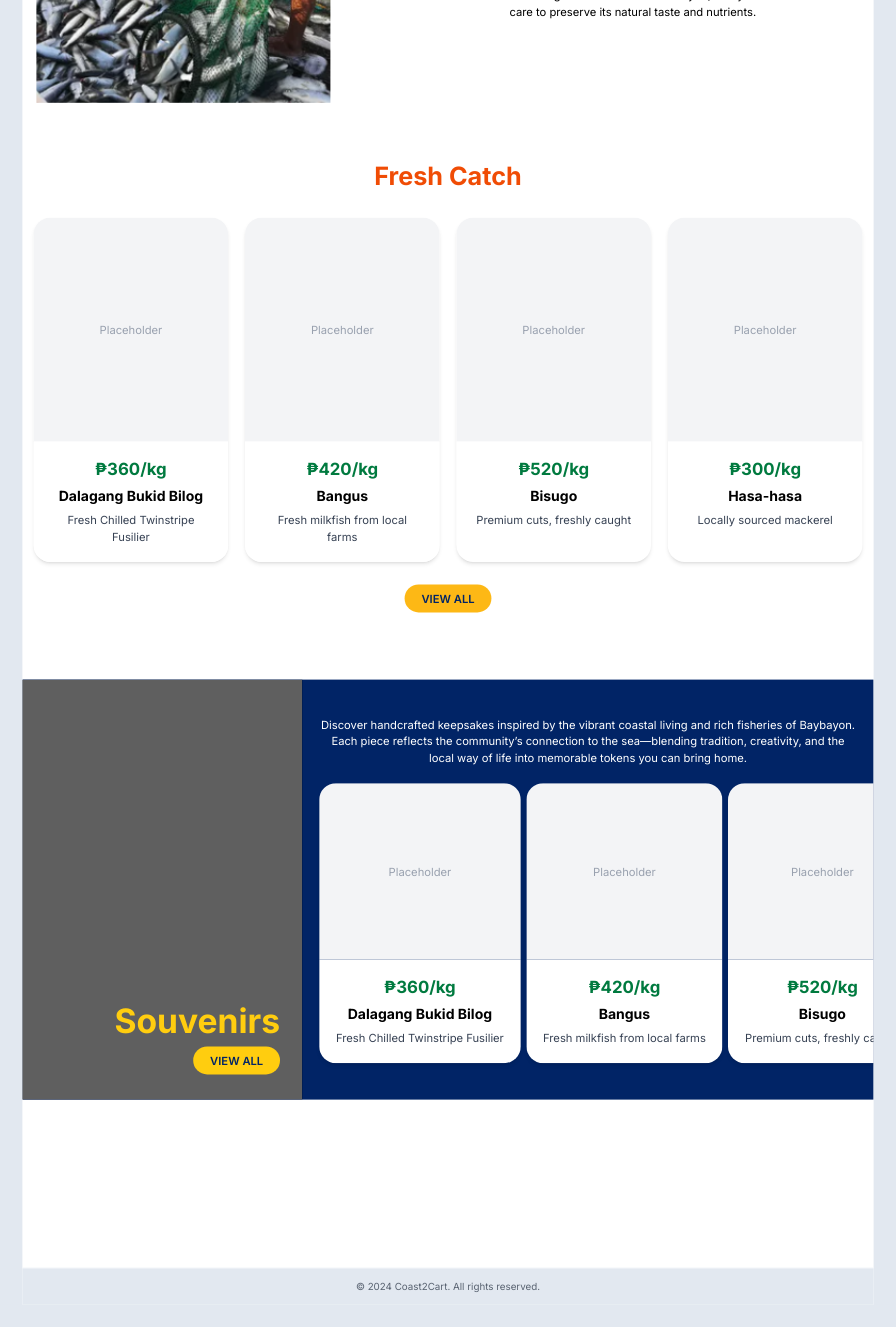
Repository: Coast2Card/coast2cart-frontend
Page: /
An editor plug-in stored every save of this project. The page is shown before and after the next save, followed by the edit.
The browser window is 1280 px wide. The pictures show the part of the page from y = 1897 to 3817 px (the page is 3793 px tall before and 3817 px after), at 70% of full size.
Pictures or frames that could not be fetched are drawn as grey boxes. The project was rebuilt for these pictures with package versions that can differ from the ones it lists, and the page was loaded fresh each time. Also part of the build but not shown: vite.config.js, src/pages/Seafood.jsx, src/pages/Souvenirs.jsx, src/pages/About.jsx, src/pages/Cart.jsx, src/pages/Profile.jsx, src/pages/Colors.jsx.

Above is the page before, as saved 2025-09-08 15:32:17.

After the next save:
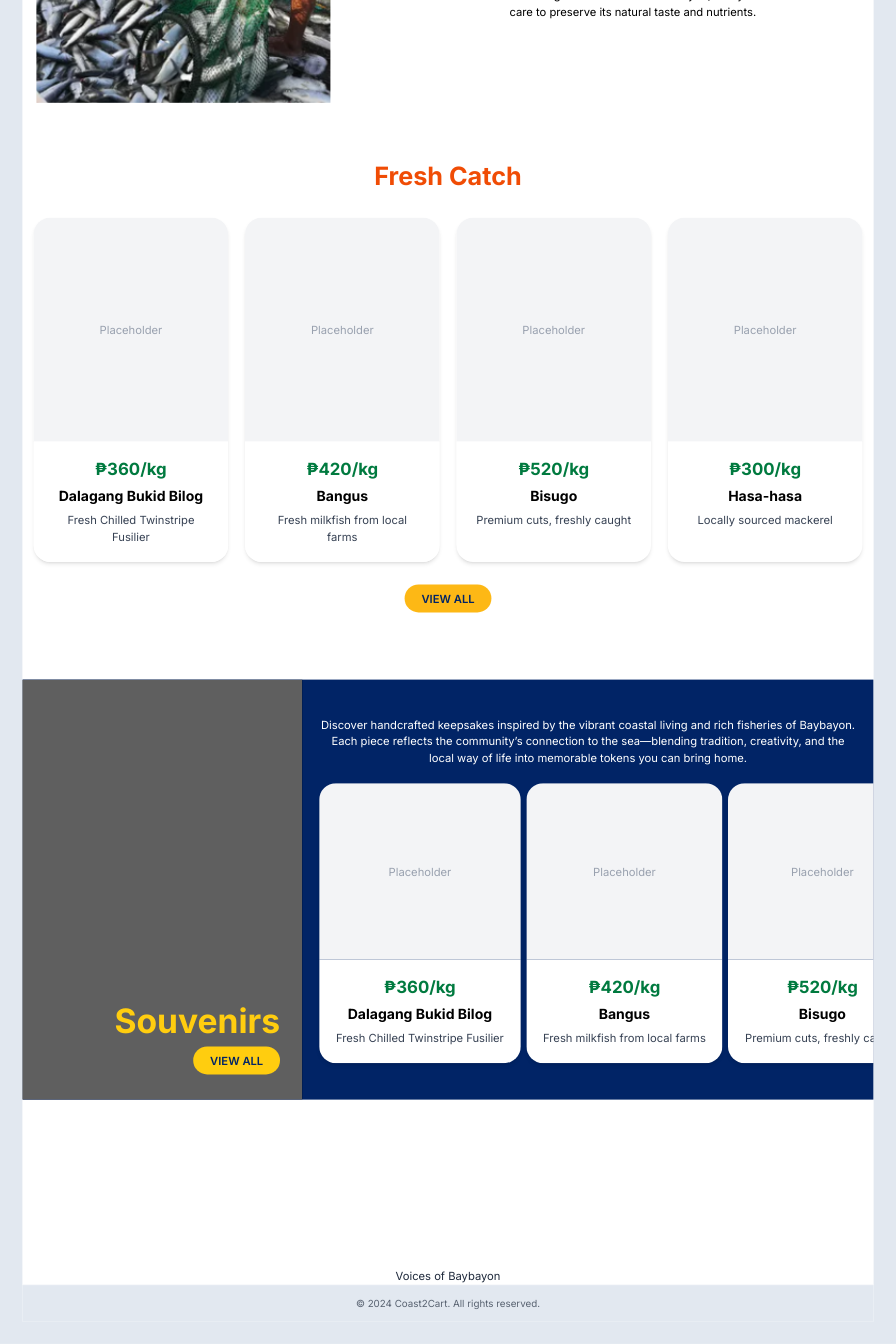
Saved 5 days later.
--- a/src/pages/Home.jsx
+++ b/src/pages/Home.jsx
@@ -76,6 +76,9 @@ const Home = () => {
       <section className="flex flex-col lg:flex-row bg-primary max-w-8xl mx-auto w-full mb-60">
         <HomeSouvenirs />
       </section>
+      <section>
+        <h1>Voices of Baybayon</h1>
+      </section>
     </main>
   );
 };
